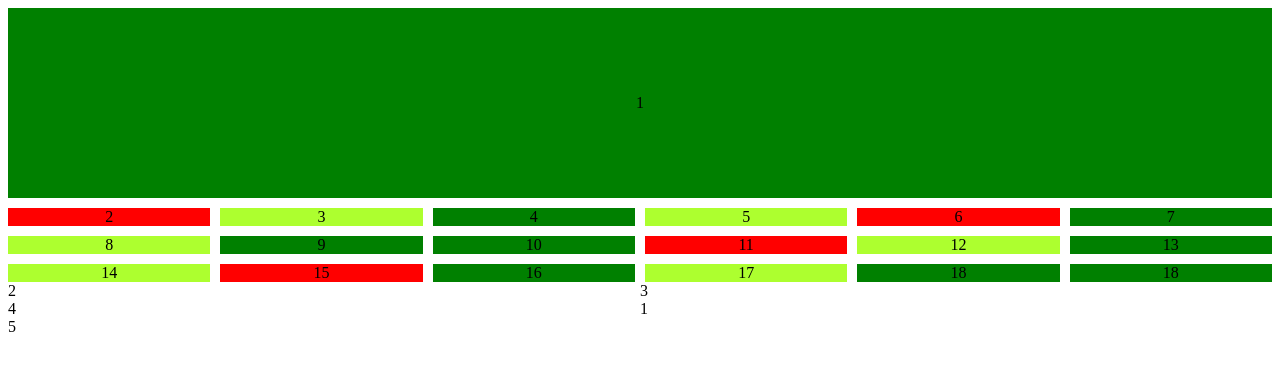
Repository: motiejus1/09-paskaita-05.31
Page: index.html
The author's editor kept a copy of each file at every save. The page is drawn from the files as they stood at one save, then again after a run of saves.
The browser window is 1280 px wide. The pictures show the whole page.

Above is the page before, as saved 2021-06-15 19:58:46.

After the next 2 saves:
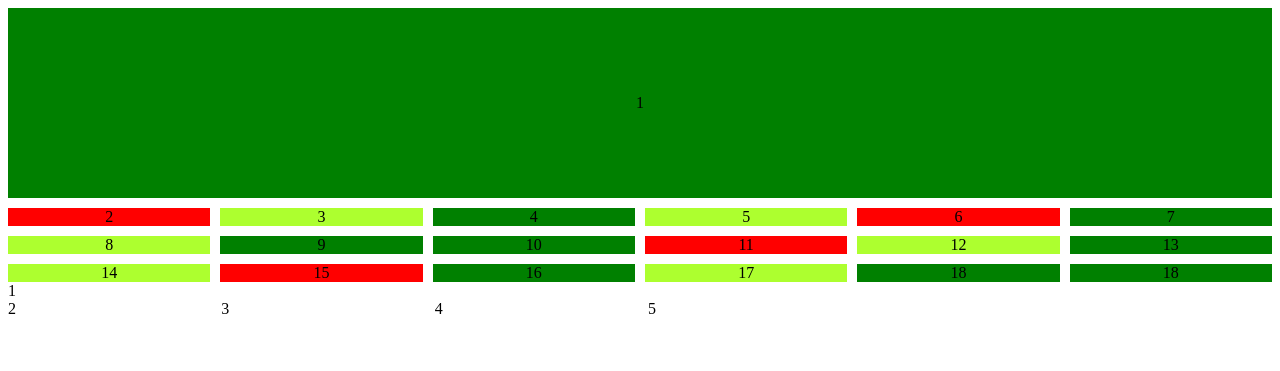
The 2 saves are shown as one change because they came seconds apart.
The last was saved 7 s later.
--- a/index.html
+++ b/index.html
@@ -54,7 +54,7 @@
 
         .grid-container-1 {
             display: grid;
-            grid-template-areas: pirmas pirmas pirmas pirmas pirmas pirmas ... ;
+            grid-template-areas: 'pirmas pirmas pirmas pirmas pirmas pirmas' ;
         }
         .grid-element-1 {
             grid-area: pirmas;
